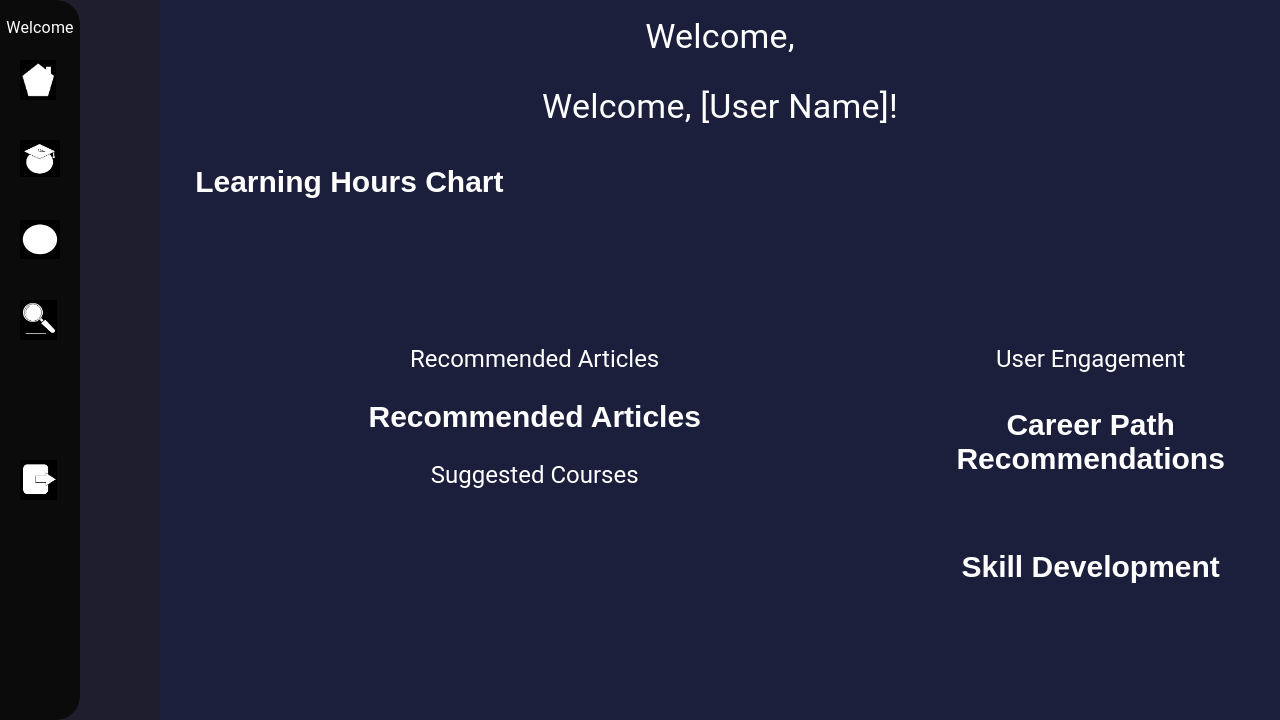
Repository: jvt2/OnlineCourseApp
Page: /dashboard
The author's editor kept a copy of each file at every save. The page is drawn from the files as they stood at one save, then again after the next save.
The browser window is 1280 px wide. The pictures show the whole page.
The page's requests for data from a server got no answer. The project was rebuilt for these pictures with package versions that can differ from the ones it lists, and the page was loaded fresh each time. No one was signed in, and anything a server would have sent is missing. Also part of the build but not shown: src/features/auth/Register.js, src/features/auth/Login.js, src/features/courses/ResumeUpload.js, src/features/courses/CourseRecommendations.js, src/components/common/MyModal.js, src/features/courses/CourseCatalog.js, src/features/courses/CourseDetail.js, src/components/common/Navbar.js and 3 more. Imported but missing from the stored project, and not drawn on this page: src/app/reportWebVitals.

Above is the page before, as saved 2024-07-18 16:58:57.

### src/index.js
import React from 'react';
import ReactDOM from 'react-dom/client';
import { Provider } from 'react-redux';
import store from './redux/store';
import './index.css';
import App from './app/App';
import reportWebVitals from './app/reportWebVitals';

const root = ReactDOM.createRoot(document.getElementById('root'));
root.render(
  <React.StrictMode>
    <App />
  </React.StrictMode>
);

// If you want to start measuring performance in your app, pass a function
// to log results (for example: reportWebVitals(console.log))
// or send to an analytics endpoint. Learn more: https://bit.ly/CRA-vitals
reportWebVitals();

### src/redux/store.js
// src/redux/store.js

import { configureStore } from '@reduxjs/toolkit';
import userReducer from './userReducer';

const store = configureStore({
  reducer: {
    user: userReducer,
  },
});

export default store;

### src/app/App.js
import { BrowserRouter as Router, Route, Routes } from 'react-router-dom';
import React, { useState } from 'react';
import logo from '../logo.svg';
import './App.css';
import Register from '../features/auth/Register';
import Login from '../features/auth/Login';
import CourseCatalog from '../features/courses/CourseCatalog';
import CourseDetail from '../features/courses/CourseDetail';
import UserDashboard from '../features/dashboard/Dashboard';
import Navbar from '../components/common/Navbar';
import { Provider } from 'react-redux';
import store from '../redux/store'; // import your Redux store here
import Logout from '../features/auth/Logout'; // Import the Logout component
import Chatbot from '../features/chatbot/Chatbot';
import CourseRecommendations from '../features/courses/CourseRecommendations';
import axios from 'axios';
import ResumeUpload from '../features/courses/ResumeUpload';
import LandingPage from '../components/common/LandingPage';

function App() {
  const [loggedIn, setLoggedIn] = useState(false);
  const [users, setUsers] = useState([]);
  const [currentUser, setCurrentUser] = useState(null);
  const [recommendations, setRecommendations] = useState([]);

  const handleResumeUpload = (newRecommendations) => {
    console.log('New Recommendations:', newRecommendations);
    setRecommendations(newRecommendations);
  };

  const [courses, setCourses] = useState([
    {id: 1, name: 'Course 1', description: 'This is course 1'},
    {id: 2, name: 'Course 2', description: 'This is course 2'}
  ]);

  const handleRegister = async (username, password) => {
    try {
      const response = await axios.post('http://localhost:3001/register', { username, password });
      alert(response.data.message);
      // Log in the new user if registration is successful
      handleLogin(username, password);
    } catch (error) {
      alert(error.response.data.message);
    }
  };

  const handleLogin = async (username, password) => {
    try {
      const response = await axios.post('http://localhost:3001/login', { username, password });
      localStorage.setItem('token', response.data.token);
      setLoggedIn(true);
      setCurrentUser({ username });
    } catch (error) {
      alert('Login failed. Please check your username and password.');
    }
  };

  const handleEnroll = async (course) => {
    try {
      const token = localStorage.getItem('token');
      await axios.post('http://localhost:3001/enroll', { courseId: course.id }, {
        headers: { 'Authorization': `Bearer ${token}` }
      });
      setEnrolledCourses([...enrolledCourses, course]);
    } catch (error) {
      console.error('Enrollment failed', error);
    }
  };

  const [enrolledCourses, setEnrolledCourses] = useState([]);
  const [isModalOpen, setIsModalOpen] = useState(false);

  const handleSelectRecommendation = (recommendation) => {
    const newCourse = {
      id: courses.length + 1,
      name: recommendation.text,
      description: 'This is a recommended course based on your resume.'
    };

    setCourses([...courses, newCourse]);
    setEnrolledCourses([...enrolledCourses, newCourse]);
    setIsModalOpen(false);
  };

  return (
    <Provider store={store}>
      <Router>
        <div className="App">
          <Routes>
            <Route path="/" element={<LandingPage />} />
            <Route path="/register" element={<Register />} />
            <Route path="/login" element={<Login />} />
            <Route path="/dashboard" element={<UserDashboard />} /> {/* Added this line */}
            <Route path='/courses' element={<CourseCatalog courses={courses}/>}/>
            <Route path='/course/:id' element={<CourseDetail courses={courses} onEnroll={handleEnroll} />}/>
          </Routes>
        </div>
      </Router>
    </Provider>
  );
}

export default App;

### src/redux/userReducer.js
// src/redux/userReducer.js
// src/redux/userReducer.js
import { createSlice } from '@reduxjs/toolkit';

const initialState = {
  id: null,
  email: null,
  token: null,
};

const userSlice = createSlice({
  name: 'user',
  initialState,
  reducers: {
    logIn(state, action) {
      state.id = action.payload.id;
      state.email = action.payload.email;
      state.token = action.payload.token;
    },
    logOut(state) {
      state.id = null;
      state.email = null;
      state.token = null;
    },
  },
});

export const { logIn, logOut } = userSlice.actions;
export default userSlice.reducer;

### src/app/App.css
/* App.css */
:root {
  --primary-bg-color: #1E1E2F;
  --secondary-bg-color: #282840;
  --primary-text-color: #F5F5F5;
  --link-color: #61dafb;
  --accent-color: #FF6B6B;
  --navbar-height: 4rem;
  --content-padding: 20px;
  --border-radius: 8px;
  --transition-duration: 0.3s;
  --gradient-bg-color: linear-gradient(120deg, #84fab0 0%, #8fd3f4 100%);
}

.App {
  text-align: center;
  font-family: 'Arial', sans-serif;
  background-color: var(--primary-bg-color);
}

.App-logo {
  height: 40vmin;
  pointer-events: none;
  filter: drop-shadow(0 0 10px var(--accent-color));
}

.App-header {
  background-color: var(--secondary-bg-color);
  min-height: 100vh;
  display: flex;
  flex-direction: column;
  align-items: center;
  justify-content: center;
  font-size: calc(10px + 2vmin);
  color: var(--primary-text-color);
  border-bottom-left-radius: var(--border-radius);
  border-bottom-right-radius: var(--border-radius);
}

.App-link {
  color: var(--link-color);
  transition: color var(--transition-duration);
}

.App-link:hover {
  color: var(--accent-color);
}

@media (prefers-reduced-motion: no-preference) {
  .App-logo {
    animation: App-logo-spin infinite 20s linear;
  }
}

@keyframes App-logo-spin {
  from {
    transform: rotate(0deg);
  }
  to {
    transform: rotate(360deg);
  }
}

.site-navbar {
  display: flex;
  align-items: center;
  background: var(--gradient-bg-color);
  padding: 10px 20px;
  height: var(--navbar-height);
  font-weight: 500;
  box-shadow: 0 4px 6px rgba(0, 0, 0, 0.1);
}

.navbar-nav {
  display: flex;
  align-items: center;
  list-style: none;
  margin: 0;
  padding: 0;
  flex-grow: 1;
  justify-content: center;
}

.nav-item {
  display: flex;
  align-items: center;
  justify-content: center;
  text-decoration: none;
  color: var(--primary-text-color);
  padding: 15px 25px;
  transition: all 0.3s ease-in-out;
  border-radius: var(--border-radius);
  position: relative;
}

.nav-item:before {
  content: '';
  position: absolute;
  top: 0;
  left: 0;
  width: 0;
  height: 100%;
  background: var(--accent-color);
  border-radius: var(--border-radius);
  transition: width 0.3s ease-in-out;
  z-index: -1;
}

.nav-item:hover:before {
  width: 100%;
}

.nav-item:hover {
  color: var(--secondary-bg-color);
  box-shadow: 0 4px 8px rgba(0, 0, 0, 0.2);
  text-decoration: none;
}

.navbar-brand {
  margin-right: auto;
  color: var(--primary-text-color);
  font-size: 1.5em;
  font-weight: bold;
}

.App-content {
  padding: var(--content-padding);
  color: var(--primary-text-color);
}

.App-footer {
  text-align: center;
  padding: var(--content-padding);
  background-color: var(--secondary-bg-color);
  color: var(--primary-text-color);
  box-shadow: 0 -4px 6px rgba(0, 0, 0, 0.1);
}

.course-recommendations {
  width: 80%;
  margin: auto;
  background: #f9f9f9;
  padding: 20px;
  border-radius: 5px;
  box-shadow: 0px 0px 10px rgba(0, 0, 0, 0.1);
}

.course-recommendations h2 {
  text-align: center;
  color: #333;
}

.course-recommendations .course {
  padding: 10px 0;
  border-bottom: 1px solid #eee;
}

.course-recommendations .course:last-child {
  border-bottom: none;
}

.course-recommendations .course button {
  margin-left: 10px;
}

body {
  background-color: #1a1a2e;
  color: #e94560;
}

.MuiContainer-root {
  background-color: #16213e;
  border-radius: 8px;
  padding: 20px;
  box-shadow: 0 4px 8px rgba(0, 0, 0, 0.2);
}

.customTextField .MuiInputBase-input {
  color: #fff;
  background-color: rgba(255, 255, 255, 0.1);
}

.customTextField .MuiInputLabel-root {
  color: rgba(255, 255, 255, 0.7);
}

.customTextField .MuiInputLabel-root.Mui-focused {
  color: #fff;
}

.customTextField .MuiOutlinedInput-root {
  &.Mui-focused .MuiOutlinedInput-notchedOutline {
    border-color: #fff;
  }
  & .MuiOutlinedInput-notchedOutline {
    border-color: rgba(255, 255, 255, 0.5);
  }
}

### src/features/dashboard/Dashboard.js
// src/features/dashboard/Dashboard.js
import React, { useEffect, useState } from 'react';
import axios from 'axios';
import { useSelector } from 'react-redux';
import { Container, Typography, Box, Grid, Card, CardContent, CardActions, Button, List, ListItem, ListItemText } from '@mui/material';
import { useNavigate } from 'react-router-dom';

import './Dashboard.css';

// Import or define the TopSection component
import TopSection from './TopSection';
import MiddleSection from './MiddleSection';
import BottomSection from './BottomSection';
import SideSection from './SideSection';

import RecommendedArticles from '../../components/common/Articles/RecommendedArticles';

function Dashboard() {
  const [articles, setArticles] = useState([]);
  const [enrolledCourses, setEnrolledCourses] = useState([]);
  const token = useSelector(state => state.user.token);
  const userId = useSelector(state => state.user.id);
  const userEmail = useSelector(state => state.user.email);
  const navigate = useNavigate();

  useEffect(() => {
    const fetchArticles = async () => {
      try {
        const response = await axios.get(`http://localhost:3001/user/${userId}/articles`, {
          headers: { Authorization: `Bearer ${token}` }
        });
        setArticles(response.data);
      } catch (error) {
        console.error('Error fetching articles:', error);
      }
    };

    const fetchEnrolledCourses = async () => {
      try {
        const response = await axios.get(`http://localhost:3001/user/${userId}/courses`, {
          headers: { Authorization: `Bearer ${token}` }
        });
        setEnrolledCourses(response.data);
      } catch (error) {
        console.error('Error fetching enrolled courses:', error);
      }
    };

    fetchArticles();
    fetchEnrolledCourses();
  }, [userId, token]);

  return (
    <div className="container">
      <Box className="sidebar">
        <div className="sidebar-main">
          <Typography className="sidebar-logo">Welcome</Typography>
          <div className="sidebar-icon icon-home" onClick={() => navigate('/dashboard')}></div>
          <div className="sidebar-icon icon-graduation"></div>
          <div className="sidebar-icon icon-user" onClick={() => navigate('/courses')}></div>
          <div className="sidebar-icon icon-search"></div>
          <div className="sidebar-icon icon-settings"></div>
          <div className="sidebar-icon icon-logout"></div>
        </div>
      </Box>
      <Box className="dashboard-container">
        <Typography className="dashboard-header" variant="h4" gutterBottom>
          Welcome, {userEmail}
        </Typography>
        <Grid container spacing={3}>
          <Grid item xs={12}>
            <TopSection />
          </Grid>
          <Grid item xs={12} md={8}>
            <MiddleSection />
            <BottomSection />
          </Grid>
          <Grid item xs={12} md={4}>
            <SideSection />
          </Grid>
        </Grid>
      </Box>
    </div>
  );
}

export default Dashboard;

### src/features/auth/Logout.js
// Logout.js
import { useEffect } from 'react';
import { useDispatch } from 'react-redux';
import { useNavigate } from 'react-router-dom';
import { logOut } from '../../redux/reducers/userslice'; // Import the logOut action

function Logout() {
  const navigate = useNavigate();
  const dispatch = useDispatch();

  useEffect(() => {
    localStorage.removeItem('token'); // Remove the token from local storage
    dispatch(logOut()); // Dispatch the logOut action
    navigate('/login'); // Navigate to the login page
  }, [dispatch, navigate]);

  return null;
}

export default Logout;

### src/components/common/LandingPage.css
body {
    display: flex;
    justify-content: center;
    align-items: center;
    height: 100vh;
    background-color: #f7f7f7;
    margin: 0;
    font-family: 'Roboto', sans-serif;
  }

  .sign-in-container {
    display: flex;
    justify-content: center;
    align-items: center;
    height: 100%;
    width: 100%;
  }

  .sign-in-form {
    background-color: white;
    padding: 60px;
    border-radius: 10px;
    box-shadow: 0 4px 8px rgba(0, 0, 0, 0.1);
    text-align: center;
    max-width: 600px;
    width: 90%;
  }

  .logo {
    width: 200px;
    height: 200px;
    margin-bottom: 30px;
    background-color: white;
    border-radius: 10px;
  }

  h1 {
    margin: 0;
    font-size: 32px;
    font-weight: 700;
  }

  .subtitle {
    margin: 10px 0;
    color: #555;
    font-size: 18px;
  }

  .google-sign-in {
    background-color: #ffffff;
    color: #000;
    border: 1px solid #ccc;
    padding: 15px;
    width: 100%;
    border-radius: 5px;
    margin-bottom: 30px;
    display: flex;
    justify-content: center;
    align-items: center;
    cursor: pointer;
    font-size: 18px;
    font-weight: 500;
    transition: background-color 0.3s;
  }

  .google-sign-in:hover {
    background-color: #f0f0f0;
  }

  .google-logo {
    width: 25px;
    margin-right: 10px;
  }

  .separator {
    display: flex;
    align-items: center;
    text-align: center;
    margin: 30px 0;
    color: #aaa;
    font-size: 18px;
  }

  .separator::before,
  .separator::after {
    content: '';
    flex: 1;
    border-bottom: 1px solid #ccc;
  }

  .separator:not(:empty)::before {
    margin-right: .5em;
  }

  .separator:not(:empty)::after {
    margin-left: .5em;
  }

  .email-input,
  .password-input {
    width: 100%;
    padding: 15px;
    margin-bottom: 30px;
    border: 1px solid #ccc;
    border-radius: 5px;
    font-size: 18px;
    transition: border-color 0.3s;
  }

  .email-input:focus,
  .password-input:focus {
    border-color: #007bff;
    outline: none;
  }

  .continue-button {
    background-color: #9b51e0;
    color: white;
    border: none;
    padding: 15px;
    width: 100%;
    border-radius: 5px;
    font-size: 18px;
    font-weight: 500;
    cursor: pointer;
    transition: background-color 0.3s;
    margin-bottom: 10px; /* Add margin to separate the buttons */
  }

  .continue-button:hover {
    background-color: #7a3bc0;
  }

  .email-error {
    color: red;
    margin-top: 10px;
    font-size: 14px;
  }


  .back-button {
    background-color: #ccc;
    color: white;
    border: none;
    padding: 15px;
    width: 100%;
    border-radius: 5px;
    font-size: 18px;
    font-weight: 500;
    cursor: pointer;
    transition: background-color 0.3s;
    margin-bottom: 10px; /* Add margin to separate the buttons */
  }

  .back-button:hover {
    background-color: #aaa;
  }

  .sign-up-link {
    margin-top: 30px;
    color: #aaa;
    font-size: 18px;
  }

  .sign-up-link a {
    color: #9b51e0;
    text-decoration: none;
  }

  .sign-up-link a:hover {
    text-decoration: underline;
  }

### src/features/dashboard/Dashboard.css
:root {
  --primary-color: #0C0B0B;
  --secondary-color: #1b1f3b;
  --text-color: #FFFFFF;
  --accent-color: #4a90e2;
  --font-main: 'Arial', sans-serif;
  --font-header: 'Baloo Bhai', sans-serif;
  --border-radius: 24px;
  --transition-speed: 0.3s;
  --spacing-unit: 16px;
}

/* Dark mode */
@media (prefers-color-scheme: dark) {
  :root {
    --primary-color: #1a1a1a;
    --secondary-color: #121212;
    --text-color: #e0e0e0;
    --accent-color: #bb86fc;
  }
}


/* General styles for the dashboard */
body {
  margin: 0;
  font-family: var(--font-main);
  font-size: clamp(16px, 2vw, 20px);
  color: var(--text-color);
  background-color: var(--secondary-color);
}

.container {
  display: grid;
  grid-template-columns: 160px 1fr;
  min-height: 100vh;
}

.sidebar {
  width: 80px;
  background: var(--primary-color);
  border-radius: 0 var(--border-radius) var(--border-radius) 0;
  display: flex;
  flex-direction: column;
  align-items: center;
  justify-content: space-between;
  padding: var(--spacing-unit) 0;
}


.sidebar-main {
  display: flex;
  flex-direction: column;
  align-items: center;
  width: 100%;
}

.sidebar-logo {
  font-family: var(--font-header);
  color: var(--text-color);
  font-weight: 400;
  font-size: clamp(20px, 3vw, 24px);
  line-height: 1.25;
  margin-bottom: 40px;
  text-align: center;
}


.sidebar-icon {
  width: 40px;
  height: 40px;
  margin: 20px 0;
  cursor: pointer;
  background-size: contain;
  background-repeat: no-repeat;
  transition: all var(--transition-speed) ease;
}

.sidebar-icon:hover {
  background-color: rgba(255, 255, 255, 0.1);
  transform: scale(1.1);
}

.sidebar-icon.icon-home {
  background-image: url('/public/assets/home_I.png');
}

.sidebar-icon.icon-graduation {
  background-image: url('/public/assets/enroll.png');
}

.sidebar-icon.icon-user {
  background-image: url('/public/assets/user.png');
}

.sidebar-icon.icon-search {
  background-image: url('/public/assets/search.png');
}

.sidebar-icon.icon-logout {
  background-image: url('/public/assets/logout.png');
}

.sidebar-icon:hover {
  background-color: rgba(255, 255, 255, 0.1);
}
.dashboard-container {
  background-color: var(--secondary-color);
  padding: var(--spacing-unit);
  display: grid;
  grid-template-rows: auto 1fr;
  grid-gap: var(--spacing-unit);
  overflow-y: auto;
}

.dashboard-header {
  margin-bottom: var(--spacing-unit);
  text-align: center;
  font-family: var(--font-header);
}

.grid-item {
  background-color: var(--secondary-color);
  padding: var(--spacing-unit);
  border-radius: var(--border-radius);
  box-shadow: 0 2px 10px rgba(0, 0, 0, 0.1);
}

.card-content, .card-actions {
  padding: var(--spacing-unit);
}

.card-actions {
  display: flex;
  justify-content: flex-end;
}

.recommendations-container {
  background-color: #f5f5f5;
  border-radius: var(--border-radius);
  padding: var(--spacing-unit);
  margin-bottom: var(--spacing-unit);
}

.recommendation-item {
  background-color: white;
  border-radius: 4px;
  padding: var(--spacing-unit);
  margin-bottom: var(--spacing-unit);
  box-shadow: 0 2px 4px rgba(0, 0, 0, 0.1);
}

.recommendation-title {
  font-weight: bold;
  margin-bottom: 5px;
}

.recommendation-description {
  color: #666;
  font-size: 0.9em;
}

/* Media Queries */
@media (max-width: 768px) {
  .container {
    grid-template-columns: 1fr;
  }
  .sidebar {
    flex-direction: row;
    justify-content: space-around;
    border-radius: 0;
  }

  .sidebar-main {
    flex-direction: row;
  }

  .sidebar-icon {
    margin: 10px;
  }

  .dashboard-header {
    font-size: 1.5rem;
  }
}

@media (max-width: 480px) {
  .container {
    flex-direction: column;
  }

  .sidebar {
    width: 100%;
    height: auto;
    flex-direction: row;
    justify-content: space-around;
    padding: 10px;
    border-radius: 0;
  }

  .sidebar-main {
    flex-direction: row;
  }

  .sidebar-icon {
    margin: 5px;
  }

  .dashboard-header {
    font-size: 1.2rem;
  }
}

### src/features/dashboard/TopSection.js
// src/features/dashboard/TopSection.js
import React from 'react';
import { Box, Typography, Grid } from '@mui/material';
import LearningHoursChart from '../../components/common/Charts/LearningHoursChart';



function TopSection() {
  return (
    <Box>
      <Typography variant="h4" gutterBottom>Welcome, [User Name]!</Typography>
      <Grid container spacing={3}>
        <Grid item xs={12} md={4}>
          <LearningHoursChart />
        </Grid>
      </Grid>
    </Box>
  );
}

export default TopSection;

### src/features/dashboard/MiddleSection.js
// src/features/dashboard/MiddleSection.js
import React from 'react';
import { Box, Typography } from '@mui/material';
import RecommendedArticles from '../../components/common/Articles/RecommendedArticles';

function MiddleSection() {
  return (
    <Box>
      <Typography variant="h5" gutterBottom>Recommended Articles</Typography>
      <RecommendedArticles />
    </Box>
  );
}

export default MiddleSection;

### src/features/dashboard/BottomSection.js
// src/features/dashboard/BottomSection.js
import React from 'react';
import { Box, Typography, Grid } from '@mui/material';


function BottomSection() {
  return (
    <Box>
      <Typography variant="h5" gutterBottom>Suggested Courses</Typography>
      <Grid container spacing={3}>
        <Grid item xs={12} md={6}>

        </Grid>
        <Grid item xs={12} md={6}>

        </Grid>
      </Grid>
    </Box>
  );
}

export default BottomSection;

### src/features/dashboard/SideSection.js
// src/features/dashboard/SideSection.js
import React from 'react';
import { Box, Typography, Grid } from '@mui/material';
import CareerPathRecommendations from '../../components/common/Recommendations/CareerPathRecommendations';
import SkillDevelopment from '../../components/common/Recommendations/SkillDevelopment';

function SideSection() {
  return (
    <Box>
      <Typography variant="h5" gutterBottom>User Engagement</Typography>
      <Grid container spacing={3}>
        <Grid item xs={12}>
          <CareerPathRecommendations />
        </Grid>
        <Grid item xs={12}>
          <SkillDevelopment />
        </Grid>
      </Grid>
    </Box>
  );
}

export default SideSection;

### src/components/common/Articles/RecommendedArticles.js
// src/components/Articles/RecommendedArticles.js
import React from 'react';

function RecommendedArticles() {
  return (
    <div>
      <h2>Recommended Articles</h2>
    </div>
  );
}

export default RecommendedArticles;

### src/redux/reducers/userslice.js
import { createSlice } from '@reduxjs/toolkit';

const userSlice = createSlice({
  name: 'user',
  initialState: { name: '', loggedIn: false },
  reducers: {
    logIn: (state, action) => {
      state.name = action.payload.name;
      state.loggedIn = true;
    },
    logOut: (state) => {
      state.name = '';
      state.loggedIn = false;
    }
  }
});

export const { logIn, logOut } = userSlice.actions;
export default userSlice.reducer;

### src/components/common/Charts/LearningHoursChart.js
// src/components/Charts/LearningHoursChart.js
import React from 'react';

function LearningHoursChart() {
  return (
    <div>
      <h2>Learning Hours Chart</h2>
    </div>
  );
}

export default LearningHoursChart;

### src/components/common/Recommendations/CareerPathRecommendations.js
// src/components/Recommendations/CareerPathRecommendations.js
import React from 'react';

function CareerPathRecommendations() {
  return (
    <div>
      <h2>Career Path Recommendations</h2>
    </div>
  );
}

export default CareerPathRecommendations;

### src/components/common/Recommendations/SkillDevelopment.js
// src/components/Recommendations/SkillDevelopment.js
import React from 'react';

function SkillDevelopment() {
  return (
    <div>
      <h2>Skill Development</h2>
    </div>
  );
}

export default SkillDevelopment;

Loaded but not shown: public/index.html (common file); src/index.css (common file)

After the next save:
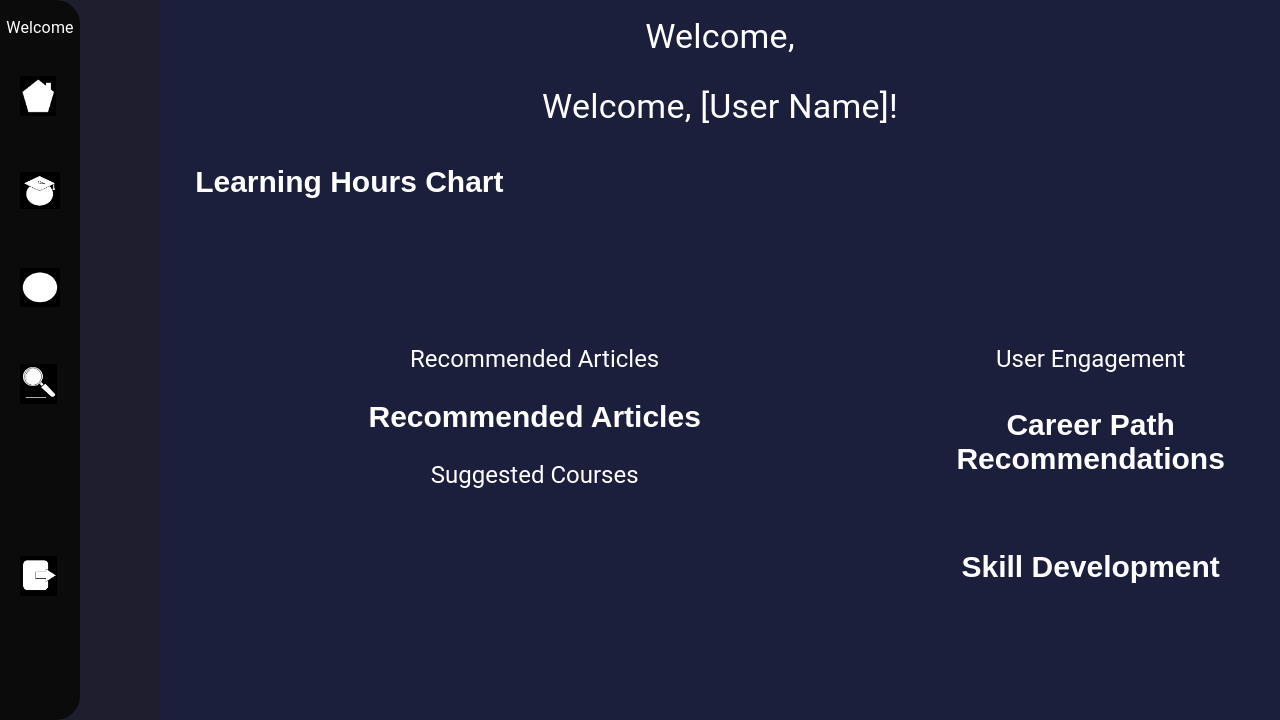
Saved 12 s later.
--- a/src/features/dashboard/Dashboard.css
+++ b/src/features/dashboard/Dashboard.css
@@ -47,12 +47,12 @@ body {
   padding: var(--spacing-unit) 0;
 }
 
-
 .sidebar-main {
   display: flex;
   flex-direction: column;
   align-items: center;
   width: 100%;
+  gap: var(--spacing-unit);
 }
 
 .sidebar-logo {
